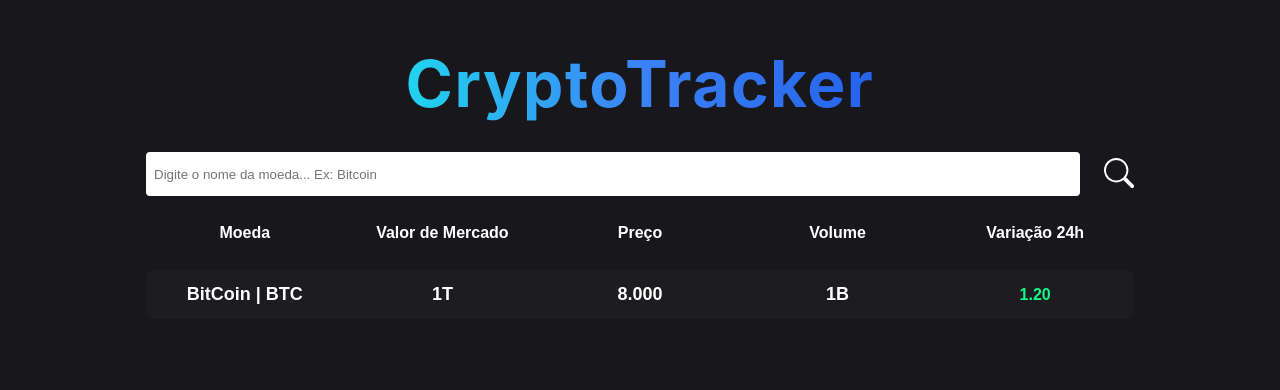
Repository: GabrielPertelCorti/crypto-tracker
Page: /
An editor plug-in stored every save of this project. The page is shown before and after a run of saves, followed by the edit.
The browser window is 1280 px wide. The pictures show the whole page.
The project was rebuilt for these pictures with package versions that can differ from the ones it lists, and the page was loaded fresh each time. Also part of the build but not shown: vite.config.ts, src/pages/detail/index.tsx, src/pages/notFound/index.tsx.

Above is the page before, as saved 2026-03-12 16:04:24.

After the next 2 saves:
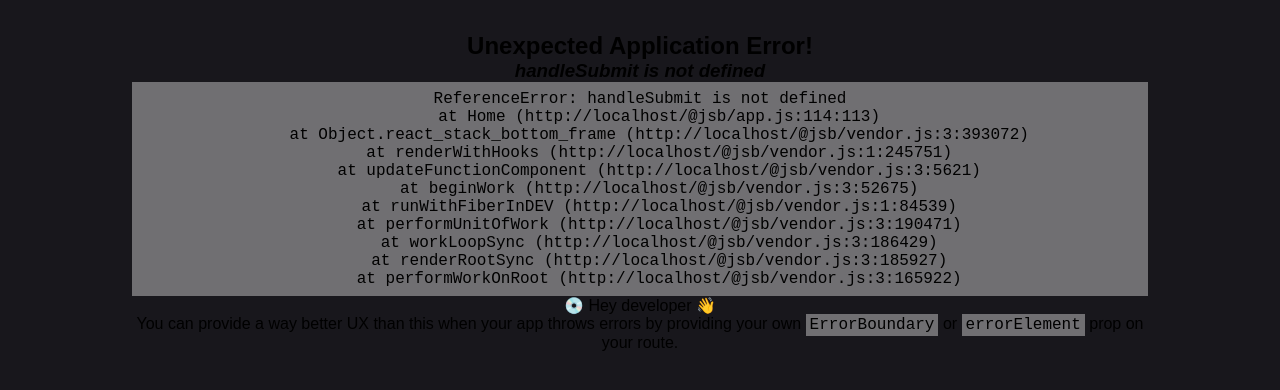
The 2 saves are shown as one change because 1 did not build or start.
The last was saved 29 s later.
--- a/src/pages/home/index.tsx
+++ b/src/pages/home/index.tsx
@@ -8,7 +8,7 @@ export default function Home() {
 
   return (
     <main className={styles.container}>
-      <form className={styles.form}>
+      <form className={styles.form} onSubmit={handleSubmit} >
         <input type="text" placeholder='Digite o nome da moeda... Ex: Bitcoin'
         value={input} onChange={(e) => setInput(e.target.value)}/>
         <button type="submit" >

After the 3 saves that followed:
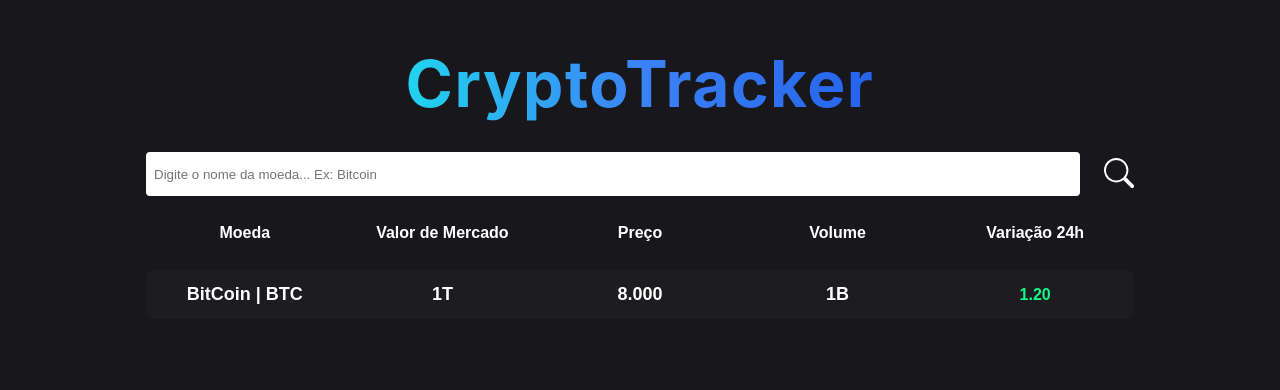
The 3 saves are shown as one change because they came seconds apart.
The last was saved 14 s later.
--- a/src/pages/home/index.tsx
+++ b/src/pages/home/index.tsx
@@ -5,6 +5,12 @@ import { Link } from 'react-router-dom'
 
 export default function Home() {
   const [input, setInput] = useState('')
+
+  function handleSubmit(e: React.FormEvent<HTMLFormElement>) {
+    e.preventDefault()
+    if(!input) return
+    setInput('')
+  }
 
   return (
     <main className={styles.container}>
